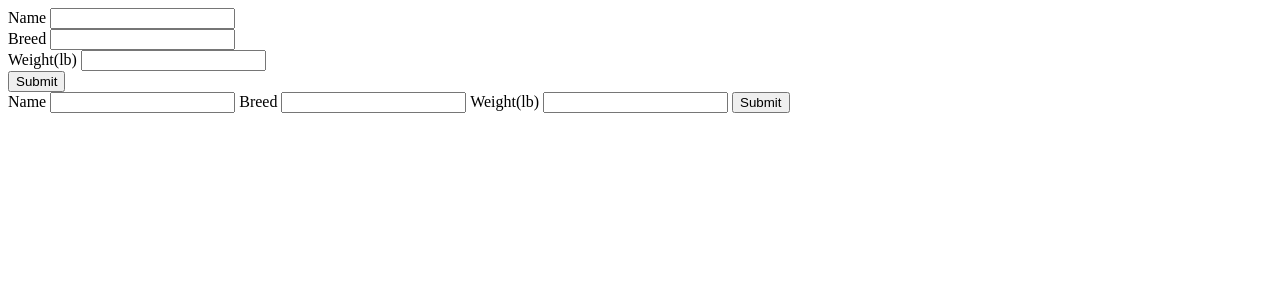
Repository: harshithamagani/Java-Basics
Page: http://localhost/pets/
The author's editor kept a copy of each file at every save. The page is drawn from the files as they stood at one save, then again after the next save.
The browser window is 1280 px wide. The pictures show the whole page.
The page is served by Tomcat 9.

Above is the page before, as saved 2019-11-05 00:58:07.

After the next save:
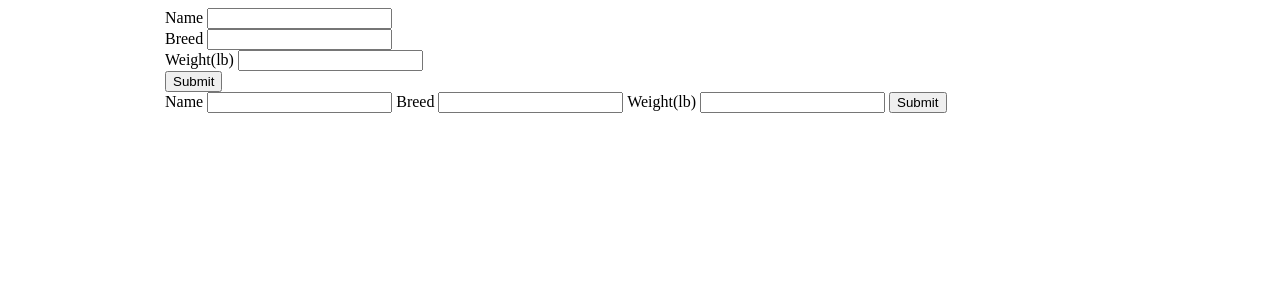
Saved 59 s later.
--- a/pets/WebContent/WEB-INF/index.jsp
+++ b/pets/WebContent/WEB-INF/index.jsp
@@ -8,6 +8,10 @@
 <style type="text/css">
 #wrapper{
 width:950px;
+margin: 0 auto;
+}
+#dog-section{
+display: inline;
 }
 </style>
 </head>
